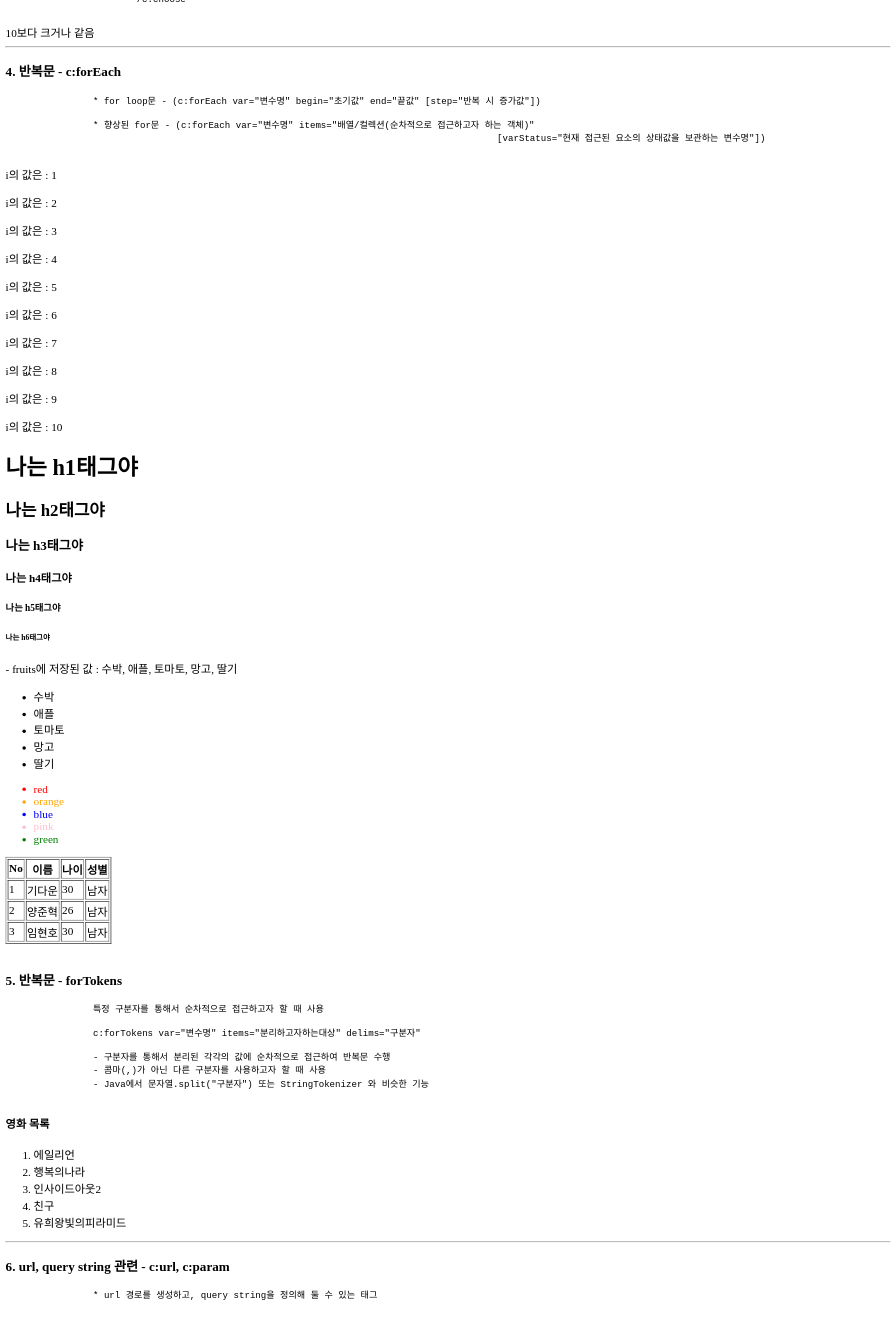
Repository: Developer-Choi-Jae-Young/ServletPractice
Page: http://localhost/3_elAction/views/3_Custom_Action/01_core.jsp
The author's editor kept a copy of each file at every save. The page is drawn from the files as they stood at one save, then again after the next save.
The browser window is 1280 px wide. The pictures show the part of the page from y = 1153 to 3073 px (the page is 3039 px tall before and 3073 px after), at 70% of full size.
The page is served by Tomcat 9.

Above is the page before, as saved 2024-08-27 06:37:10.

After the next save:
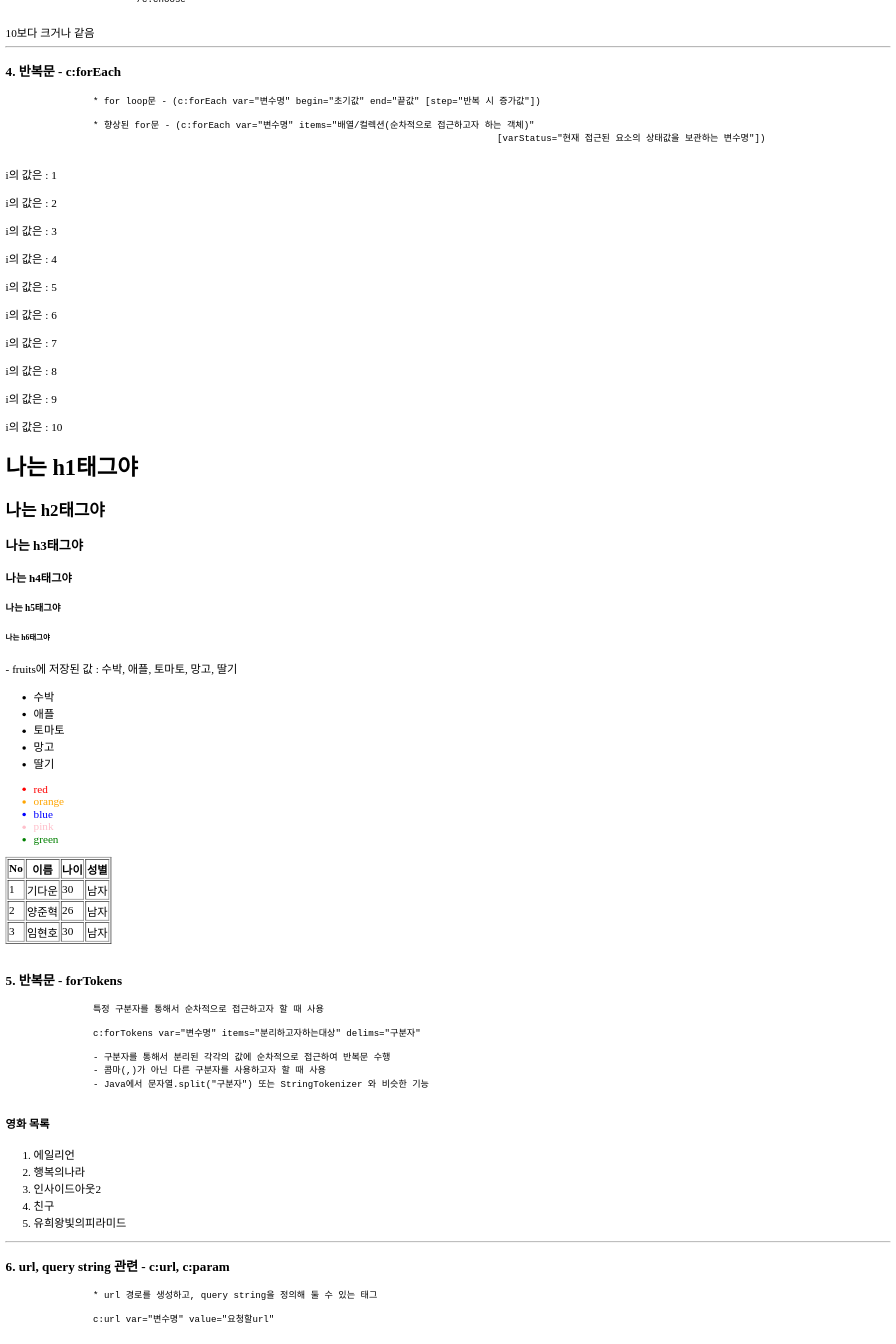
Saved 12 s later.
--- a/3_elAction/src/main/webapp/views/3_Custom_Action/01_core.jsp
+++ b/3_elAction/src/main/webapp/views/3_Custom_Action/01_core.jsp
@@ -274,6 +274,8 @@
 	 <h3>6. url, query string 관련 - c:url, c:param</h3>
 	 <pre>
 	 	* url 경로를 생성하고, query string을 정의해 둘 수 있는 태그
+
+	 	c:url var="변수명" value="요청할url"
 	 </pre>
 </body>
 </html>
